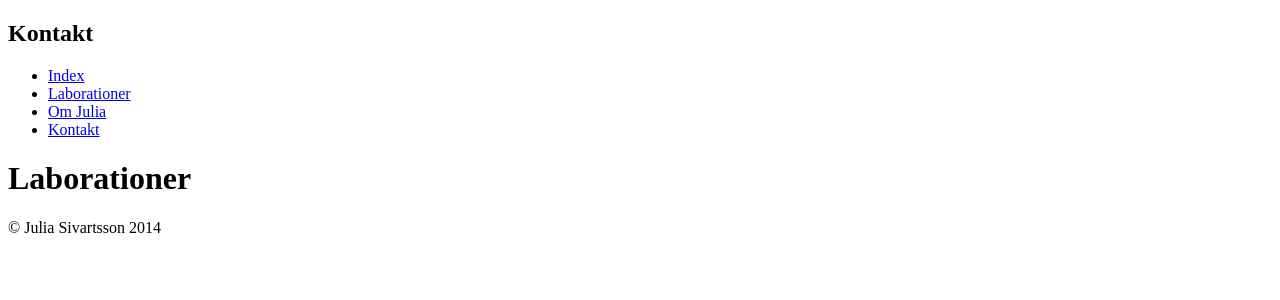
Repository: JuliaSivartsson/1ik415-jsigc09-laborationer
Page: pages/kontakt.html
The author's editor kept a record of every edit. The page is drawn from the files as they stood at one moment, then again after the next edit.
The browser window is 1280 px wide. The pictures show the whole page.

Above is the page before.

After the next edit:
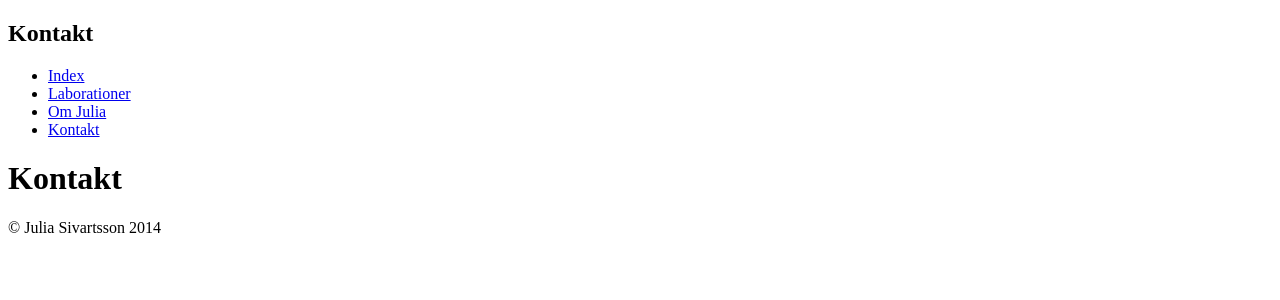
The edit:
--- a/pages/kontakt.html
+++ b/pages/kontakt.html
@@ -21,7 +21,7 @@
 <body>
 
 <!-- Rubrik 1 -->
-<h1>Laborationer</h1>
+<h1>Kontakt</h1>
 
 
 
